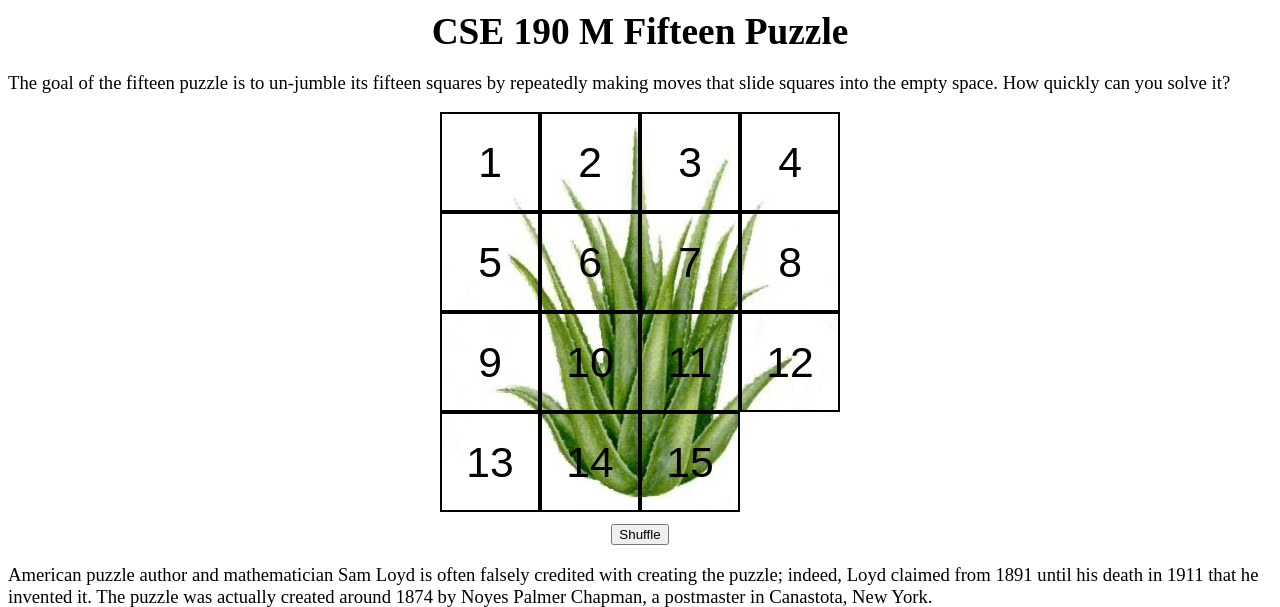
Repository: krhbowen/info2180project2
Page: index.html
The author's editor kept a record of every edit. The page is drawn from the files as they stood at one moment, then again after the next edit.
The browser window is 1280 px wide. The pictures show the part of the page from y = 0 to 607 px (the page is 979 px tall).
A picture or video elsewhere on the page could not be fetched, so the positions and the page height are approximate.

Above is the page before.

### index.html
<!DOCTYPE html PUBLIC "-//W3C//DTD XHTML 1.1//EN" "http://www.w3.org/TR/xhtml11/DTD/xhtml11.dtd">
<html xmlns="http://www.w3.org/1999/xhtml">
	<!--
	CSE 190 M, Spring 2009
	Homework 6: Fifteen Puzzle
	-->

	<head>
		<title>Fifteen Puzzle</title>
		<meta http-equiv="Content-Type" content="text/html; charset=iso-8859-1" />

		<link rel="stylesheet" type="text/css" href="fifteen.css" />
		<link rel="shortcut icon" type="image/gif" href="fifteen.gif" />

		<script src="//www.cs.washington.edu/education/courses/cse190m/09sp/prototype.js" type="text/javascript"></script>
		<script src="fifteen.js" type="text/javascript"></script>
	</head>

	<body>
		<h1>CSE 190 M Fifteen Puzzle</h1>

		<p class="explanation">
			The goal of the fifteen puzzle is to un-jumble its fifteen squares by repeatedly making moves that slide squares into the empty space.  How quickly can you solve it?
		</p>

		<div id="overall">
			<div id="puzzlearea">
				<!-- the following are the fifteen puzzle pieces -->
				<div>1</div>  <div>2</div>  <div>3</div>  <div>4</div>
				<div>5</div>  <div>6</div>  <div>7</div>  <div>8</div>
				<div>9</div>  <div>10</div> <div>11</div> <div>12</div>
				<div>13</div> <div>14</div> <div>15</div>
			</div>

			<div id="controls">
			<button id="shufflebutton">Shuffle</button>
			</div>
		</div>

		<p class="explanation">
			American puzzle author and mathematician Sam Loyd is often falsely credited with creating the puzzle; indeed, Loyd claimed from 1891 until his death in 1911 that he invented it.  The puzzle was actually created around 1874 by Noyes Palmer Chapman, a postmaster in Canastota, New York.
		</p>

		<div id="w3c">
			<a href="//validator.w3.org/check/referer"><img src="//www.cs.washington.edu/education/courses/cse190m/09sp/images/w3c-xhtml.png" alt="Valid XHTML 1.1" /></a>
			<a href="//jigsaw.w3.org/css-validator/check/referer"><img src="//www.cs.washington.edu/education/courses/cse190m/09sp/images/w3c-css.png" alt="Valid CSS" /></a>
			<a href="//webster.cs.washington.edu/jslint/"><img src="//www.cs.washington.edu/education/courses/cse190m/09sp/images/jslint.png" alt="JavaScript Lint" /></a>
		</div>
	</body>
</html>

### fifteen.css
/*
CSE 190 M, Spring 2009, Marty Stepp
Homework 6 (Fifteen Puzzle) style sheet
*/

body {
	background-color: white;
	font-family: cursive;
	font-size: 14pt;
}

#controls, #overall, #puzzlearea {
	width: 400px;
}

#controls {
	padding-top: 10px;
	text-align: center;
}

h1 {
	margin: 10px 0px;
	text-align: center;
}

/* Used to center the puzzle. */
#overall {
	margin-left: auto;
	margin-right: auto;
}

/* The area that holds the 15 puzzle pieces. */
#puzzlearea {
	font-family: sans-serif;
	font-size: 32pt;
	height: 400px;
	padding: 0px;
	position: relative;
}

/* This class should be applied to each of the 15 puzzle pieces. */
.puzzlepiece {
	background-image: url(background.jpeg);
	border: 2px solid black;
	height: 96px;
	line-height: 96px;
	position: absolute;
	text-align: center;
	vertical-align: middle;
	width: 96px;
}

/* This class should be applied to a puzzle piece that can be moved. */
.movablepiece:hover {
	border-color: red;
	color: #006600;
	text-decoration: underline;
}

#w3c {
	text-align: right;
}

#w3c img {
	border: none;
}

### fifteen.js
//var puzzlepieces = $$("div#puzzlearea div");
//for (var i = 0; i < puzzlepieces.length; i++) {
  //  $('puzzlepieces')[i].addClass(puzzlepiece);
//}


var div;
var bl;
var emptyY;
var emptyX;

window.onload = function ()
{
	var puzzlearea = document.getElementById('puzzlearea');

	div = puzzlearea.getElementsByTagName('div');

	for (var i = 0;  i < div.length;  i++)
	{
		div[i].className = 'puzzlepiece';
		div[i].style.top = (parseInt(i/4)*100) + 'px';
        div[i].style.left = (i%4*100)+'px';
		div[i].style.backgroundPosition= '-' + div[i].style.left + ' ' + '-' + div[i].style.top;
		div[i].onmouseover = function()
		{
			if (moveable(parseInt(this.innerHTML)))
			{
				this.style.border = "2px solid red";
				this.style.color = "#006600";
			}
		};
		div[i].onmouseout = function()
		{
			this.style.border = "2px solid black";
			this.style.color = "#000000";
		};

		div[i].onclick = function()
		{
			if (moveable(parseInt(this.innerHTML)))
			{
				swap(this.innerHTML-1);
				if (checkFinish())

	{
					winner();
				}
				return;
			}
		};
	}

	emptyX = '300px';
	emptyY = '300px';

	var shufflebutton = document.getElementById('shufflebutton');
	shufflebutton.onclick = function()
	{
		var bod = document.getElementsByTagName('body');
	    bod[0].style.backgroundColor = "FFFFFF";;
		for (var i=0; i<250; i++)
		{
			var rand = parseInt(Math.random()* 100) %4;
			if (rand == 0)
			{
				var tmp = checkUp(emptyX, emptyY);
				if ( tmp != -1)
				{
					swap(tmp);
				}
			}
			if (rand == 1)
			{
				var tmp = checkDown(emptyX, emptyY);
				if ( tmp != -1)
				{
					swap(tmp);
				}
			}

			if (rand == 2)
			{
				var tmp = checkLeft(emptyX, emptyY);
				if ( tmp != -1)
				{
					swap(tmp);
				}
			}

			if (rand == 3)
			{
				var tmp = checkRight(emptyX, emptyY);
				if (tmp != -1)
				{
					swap(tmp);
				}
			}
		}
	};
};

function moveable(smt)
{
	if (checkLeft(emptyX, emptyY) == (smt-1))
	{
		return true;
	}

	if (checkDown(emptyX, emptyY) == (smt-1))
	{
		return true;
	}

	if (checkUp(emptyX, emptyY) == (smt-1))
	{
		return true;
	}

	if (checkRight(emptyX, emptyY) == (smt-1))
	{
		return true;
	}
}
function lightUp()
{
	bl --;
	if (bl == 0)
	{
		var body = document.getElementsByTagName('body');
		body[0].style.backgroundColor = "#FFFFFF";
		alert('you win');
		return;
	}
	if (bl % 2)
	{
		var body = document.getElementsByTagName('body');

	body[0].style.backgroundColor = "#00FF00";
	}
	else
	{
		var body = document.getElementsByTagName('body');
		body[0].style.backgroundColor = "#FF0000";
	}
}

function winner()
{
	var body = document.getElementsByTagName('body');
	body[0].style.backgroundColor = "purple";
	bl = 10;

}

function checkFinish()
{
	var t = true;
	for (var i = 0; i < div.length; i++) {
		var y = parseInt(div[i].style.top);
		var x = parseInt(div[i].style.left);

		if (x != (i%4*100) || y != parseInt(i/4)*100)
		{
			t = false;
			break;
		}
	}
	return t;
}

function checkLeft(x, y)
{
	var x = parseInt(x);
	var y = parseInt(y);

	if (x > 0)
	{
		for (var i = 0; i < div.length; i++)
		{
			if (parseInt(div[i].style.left) + 100 == x && parseInt(div[i].style.top) == y)
			{
				return i;
			}
		}
	}
	else
	{
		return -1;
	}
}

function checkRight (x, y) {
	var x = parseInt(x);
	var y = parseInt(y);
	if (x < 300)
	{
		for (var i =0; i<div.length; i++){

	if (parseInt(div[i].style.left) - 100 == x && parseInt(div[i].style.top) == y)
			{
				return i;
			}
		}
	}
	else
	{
		return -1;
	}
}

function checkUp (x, y) {
	var x = parseInt(x);
	var y = parseInt(y);
	if (y > 0)
	{
		for (var i=0; i<div.length; i++)
		{
			if (parseInt(div[i].style.top) + 100 == y && parseInt(div[i].style.left) == x)
			{
				return i;

	}
		}
	}
	else
	{
		return -1;
	}
}

function checkDown (x, y)
{
	var x = parseInt(x);
	var y = parseInt(y);
	if (y < 300)
	{
		for (var i=0; i<div.length; i++)
		{
			if (parseInt(div[i].style.top) - 100 == y && parseInt(div[i].style.left) == x)
			{
				return i;
			}
		}
	}
	else

	{
		return -1;
	}
}

function swap (smt) {
	var temp = div[smt].style.top;
	div[smt].style.top = emptyY;
	emptyY = temp;

	temp = div[smt].style.left;
	div[smt].style.left = emptyX;
	emptyX = temp;
}

After the next edit:
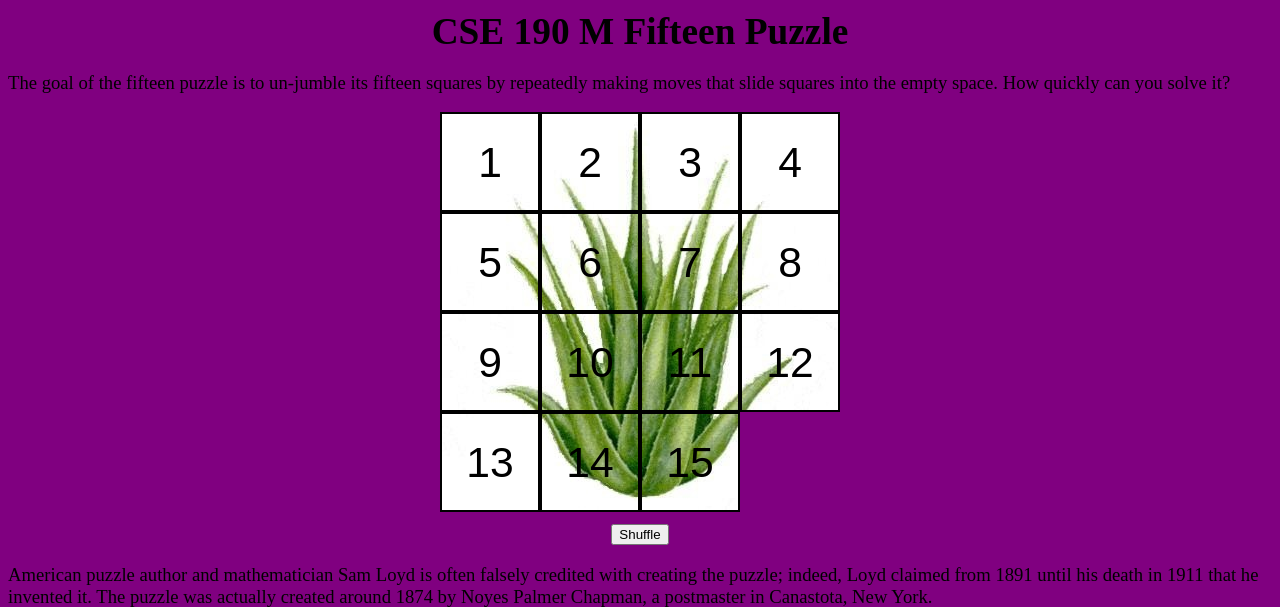
The edit:
--- a/fifteen.js
+++ b/fifteen.js
@@ -52,7 +52,8 @@
 
 	emptyX = '300px';
 	emptyY = '300px';
-
+    var bod = document.getElementsByTagName('body');
+	    bod[0].style.backgroundColor = "purple";;
 	var shufflebutton = document.getElementById('shufflebutton');
 	shufflebutton.onclick = function()
 	{
